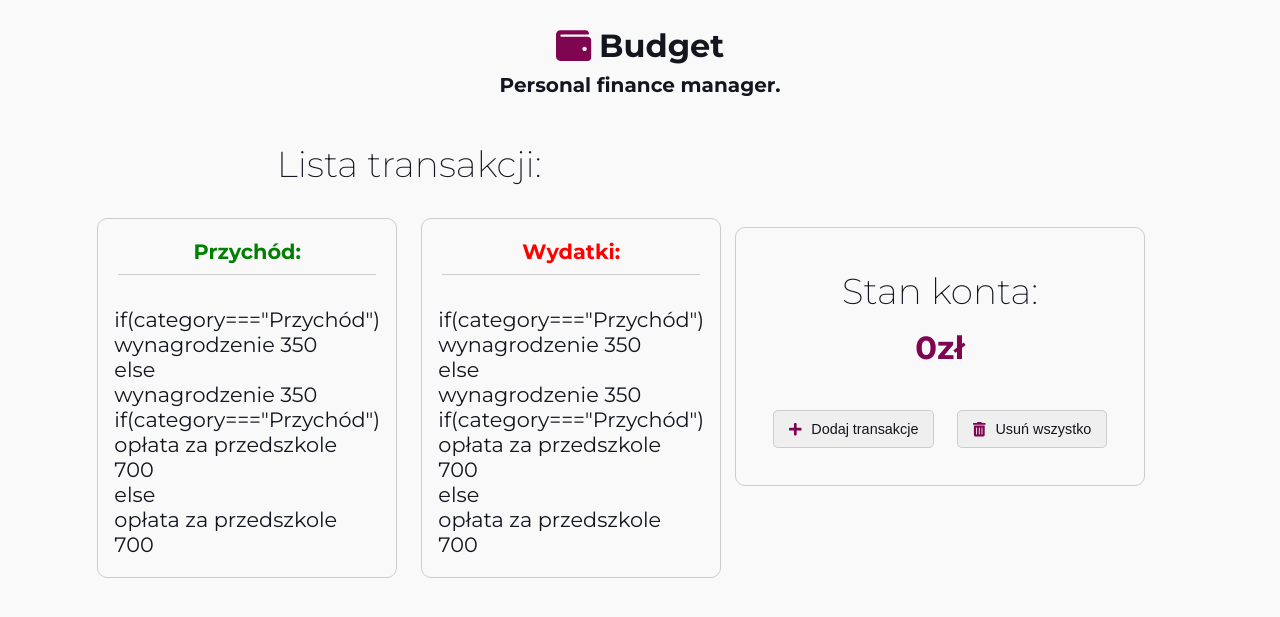
Repository: KrzysKolo/sr_tydzien4_zad4
Page: /
An editor plug-in stored every save of this project. The page is shown before and after the next save, followed by the edit.
The browser window is 1280 px wide. The pictures show the whole page.
Some web libraries are served in a nearby version. The project was rebuilt for these pictures with package versions that can differ from the ones it lists, and the page was loaded fresh each time. Also part of the build but not shown: src/components/budgetComponents/formComponents/Header.js, src/components/budgetComponents/formComponents/ErrorMessage.js, src/components/budgetComponents/formComponents/Input.js, src/components/budgetComponents/formComponents/Select.js.

Above is the page before, as saved 2020-12-03 23:05:13.

### public/index.html
<!DOCTYPE html>
<html lang="en">
  <head>
    <meta charset="utf-8" />
    <link rel="icon" href="%PUBLIC_URL%/favicon.ico" />
    <meta name="viewport" content="width=device-width, initial-scale=1" />
    <meta name="theme-color" content="#000000" />
    <meta
      name="description"
      content="Web site created using create-react-app"
    />
    <link rel="apple-touch-icon" href="%PUBLIC_URL%/logo192.png" />
    <!--
      manifest.json provides metadata used when your web app is installed on a
      user's mobile device or desktop. See https://developers.google.com/web/fundamentals/web-app-manifest/
    -->
    <link rel="manifest" href="%PUBLIC_URL%/manifest.json" />
    <!--
      Notice the use of %PUBLIC_URL% in the tags above.
      It will be replaced with the URL of the `public` folder during the build.
      Only files inside the `public` folder can be referenced from the HTML.

      Unlike "/favicon.ico" or "favicon.ico", "%PUBLIC_URL%/favicon.ico" will
      work correctly both with client-side routing and a non-root public URL.
      Learn how to configure a non-root public URL by running `npm run build`.
    -->
    <link
      href="https://fonts.googleapis.com/css?family=Montserrat:200,400,700&display=swap&subset=latin-ext"
      rel="stylesheet"
    />
    <script
      src="https://kit.fontawesome.com/327a0d490c.js"
      crossorigin="anonymous"
    ></script>
    <title>Budget</title>
  </head>
  <body>
    <noscript>You need to enable JavaScript to run this app.</noscript>
    <div id="root"></div>
    <!--
      This HTML file is a template.
      If you open it directly in the browser, you will see an empty page.

      You can add webfonts, meta tags, or analytics to this file.
      The build step will place the bundled scripts into the <body> tag.

      To begin the development, run `npm start` or `yarn start`.
      To create a production bundle, use `npm run build` or `yarn build`.
    -->
  </body>
</html>

### src/App.js
import React from 'react';
import Budget from './components/Budget'

const App = () => {
  return (
    <>
      <Budget/>
    </>
  )
}

export default App;

### src/components/Budget.js
import React from 'react';
import Header from './budgetComponents/Header';
import Section from './budgetComponents/Section';
import SectionInfo from './budgetComponents/SectionInfo';
import H2 from './budgetComponents/sectionComponents/H2';
import styled, { createGlobalStyle } from 'styled-components';

const GlobalStyle = createGlobalStyle`
    * {
        padding: 0;
        margin: 0;
        box-sizing: border-box;
    }
    body {
        background-color: #f9f9f9;
        color: #14161f;
        font-family: "Montserrat", sans-serif;
        font-size: 16px;
        min-height: 100vh;
    }
    `;
const Container = styled.main`
    font-size: 1.5rem;
`;
const SectionContainer = styled.section`
    display: flex;
    flex-direction: row;
    justify-content: center;
    align-items: center;
`;
const SectionBudget = styled.section`
    display: flex;
    flex-direction: column;
    justify-content: center;
    align-items: center;
`;
const DivItems = styled.div`
    display: flex;
    flex-direction: row;
    justify-content: center;
    align-items: center;

`;
const Budget = () => {
    return (
        <>
            <GlobalStyle />
            <Container>
                <Header />
                <SectionContainer>
                    <SectionBudget>
                        <H2 title="Lista transakcji" />
                        <DivItems>
                            <Section title="Przychód" label="p"/>
                            <Section title="Wydatki" />
                        </DivItems>
                    </SectionBudget>
                    <SectionInfo title="Stan konta"/>
                </SectionContainer>
            </Container>

        </>
    )
}

export default Budget;

### src/components/budgetComponents/Header.js
import React from 'react';
import styled from 'styled-components';
import { FontAwesomeIcon } from '@fortawesome/react-fontawesome';
import { faWallet } from '@fortawesome/free-solid-svg-icons';

const SectionHeader = styled.header`
    align-items: center;
    color: rgb(127, 5, 80);
    display: flex;
    font-size: 2.2rem;
    flex-direction: column;
    justify-content: center;
    padding: 2%;
`;
const DivHeader = styled.div`
    align-items: center;
    display: flex;
    flex-direction: row;
    justify-content: center;
    margin-bottom: 0.5rem;
`;
const H1Header = styled.h1`
    color: #14161f;
    font-size: 2rem;
    margin-left: .5rem;
`;
const H2Header = styled.h2`
    color: #14161f;
    font-size: 1.25rem;
`;
const Header = () => {
    return (
        <SectionHeader>
            <DivHeader>
                <FontAwesomeIcon icon={faWallet}/>
                <H1Header>Budget</H1Header>
            </DivHeader>
            <H2Header>Personal finance manager.</H2Header>
        </SectionHeader>
    )
}

export default Header;

### src/components/budgetComponents/Section.js
import React from 'react';
import { H1 }from './sectionComponents/index';
import Transactions from './../data/Transactions';
import styled from 'styled-components';

const SectionWrapper = styled.section`
    border: 1px solid #ccc;
    border-radius: 10px;
    display: flex;
    flex-direction: column;
    font-size: 1.3rem;
    justify-content: center;
    align-items: center;
    margin: 2%;
    padding: 20px;
    width: 300px;
`;
const Section = ({ title, label }) => {
   return (
        <SectionWrapper>
           <H1 title={title} label={label} />
          {Transactions.map(item => {return(<div key={item.id} category={item.category}>
              if(category==="Przychód") {<p>{item.name} {item.amount}</p>}
              else {<p>{item.name} {item.amount}</p>}
              </div>)
              })}
        </SectionWrapper>
    )
}

export default Section;

### src/components/budgetComponents/SectionInfo.js
import React, { useState } from 'react';
import { H2, P } from './sectionComponents/index';
import Form from './Form';
import Button from './../budgetComponents/buttons/Button';
import styled from 'styled-components';
import { faPlus,  faTrashAlt } from '@fortawesome/free-solid-svg-icons';
const SectionWrapper = styled.section`
    border: 1px solid #ccc;
    border-radius: 10px;
    display: flex;
    flex-direction: column;
    margin: 2vw;
    padding: 2%;
`;
const ButtonWrapper = styled.div`
    display: flex;
    flex-direction: row;
`;

const SectionInfo = ({ title }) => {
    const [showForm, setShowForm] = useState(false);
    const openForm = () =>{
        setShowForm(prev => !prev);
  };
    return (
        <>
        <SectionWrapper>
           <H2 title={title}> </H2>
           <P />
           <ButtonWrapper>
                <Button onClick={openForm} title="Dodaj transakcje" icons={faPlus} />
                <Button title="Usuń wszystko" icons={faTrashAlt} type="submit"/>
           </ButtonWrapper>

        </SectionWrapper>
        <Form showForm={showForm} setShowForm={setShowForm} />
        </>
    )
}

export default SectionInfo;

### src/components/budgetComponents/sectionComponents/H2.js
import React from 'react'
import styled from 'styled-components';

const TitleH2 = styled.h2`
    font-weight: 200;
    margin: 2% auto;
    padding: 0.5rem;
`;

const H2 = ({title}) => {
    return (
        <TitleH2>
            {title}:
        </TitleH2>
    )
}

export default H2;

### src/components/budgetComponents/sectionComponents/index.js
export { default as H1 } from './H1';
export { default as H2 } from './H2';
export { default as P } from './P';

### src/components/data/Transactions.js
const SelectOptions=[
    { id: 0, category: "Przychód", name: "wynagrodzenie", amount: "350"},
    { id: 1, category: "Rachunki", name: "opłata za przedszkole", amount: "700"},

];
export default SelectOptions;

### src/components/budgetComponents/Form.js
import React, { useState } from 'react';
import { Header, Input, Select } from './formComponents/';
import Button from './buttons/Button';
import styled from 'styled-components';
import SelectOptions from './../data/SelectOptions';
import { faBusinessTime, faSave, faWindowClose } from '@fortawesome/free-solid-svg-icons';
import { useFormik } from 'formik';
import * as yup from 'yup';

const FormWrapper = styled.form`
    background-color: #f9f9f9;
    border: 4px double rgb(127, 5, 80);
    border-radius: 10px;
    box-shadow: 3px 3px 5px rgba(127, 5, 80, 0.5);
    color: rgb(127, 5, 80);
    position: fixed;
    display: flex;
    flex-direction: column;
    justify-content: center;
    align-items: center;
    padding: 10px;
    width: 20vw;
    min-width: 300px;
`;
const ButtonWrapper = styled.div`
    display: flex;
    flex-direction: row;
    justify-content: center;
    border-top: 1px solid rgba(127, 5, 80, 0.3);
    padding-top: 10px;
    margin-top: 1.4rem;
`;

const FormData = ({ showForm, setShowForm }) => {
    const initialValues  = {
        name: '',
        amount: '',
        category: -1,
    };
    const validationSchema = yup.object({
        name: yup.string().required("Required").min(3, "Musi być min 3 znaki").max(50,"Moze być max 50 znaków"),
        amount: yup.number().required("Required").min(1, "Musi być conajmniej 1 cyfra"),
        category: yup.number().required("Musi być wybrane").min(0, ).max(5),
    })
    const onSubmit = ( values, {resetForm} ) => {
        console.log('Form data', values);
        setShowMessage(true);
        resetForm();
    };
    const closeForm = () => {
        setShowForm(false);
    };
    const [ showMessage, setShowMessage ] = useState(false);
    const formik = useFormik({
        initialValues,
        validationSchema,
        onSubmit,
    });
    return (
        <>
        { showForm &&
        <FormWrapper onSubmit={formik.handleSubmit}>
            <Header icons={faBusinessTime} title={"Dodaj transakcje!"} />
            <Input type="text" label="Nazwa transakcji" name="name" placeholder="nazwa transakcji..." onChange={formik.handleChange} value={formik.values.name} onBlur={formik.handleBlur} error={formik.errors.name} message={formik.errors.name} touched={formik.touched.name} />
            <Input type="text" label="Kwota transakcji" name="amount" placeholder="kwota..." onChange={formik.handleChange} value={formik.values.amount} onBlur={formik.handleBlur} error={formik.errors.amount} message={formik.errors.amount} touched={formik.touched.amount}/>
            <Select options={SelectOptions} label="Wybierz kategorię transakcji" name="category" onChange={formik.handleChange} value={formik.values.category} onBlur={formik.handleBlur} error={formik.errors.category} message={formik.errors.category} touched={formik.touched.category}/>
            <ButtonWrapper>
                <Button type="save" title="Zapisz" icons={faSave}/>
                <Button title="Anuluj" icons={faWindowClose} type="cancel" onClick={closeForm} />
            </ButtonWrapper>
        </FormWrapper>
        }
        </>
    )
}

export default FormData;

### src/components/budgetComponents/buttons/Button.js
import React from 'react';
import styled from 'styled-components';
import { FontAwesomeIcon } from '@fortawesome/react-fontawesome';

const ButtonDiv = styled.button`
    border: 1px solid #ccc;
    border-radius: 5px;
    margin: 0.7rem;
    padding: 10px 15px;
    display: flex;
    flex-direction: row;
    align-items: center;
    color: rgb(127, 5, 80);
    font-size: 0.9rem;
    cursor: pointer;
    transition: 0.3s ease-in-out;
    &:hover {
        border: 1px solid rgba(127, 5, 80, 0.4);
        background-color:  #f9f9f9;
        color: rgba(127, 5, 80, 0.5);
    }
`;
const ButtonTitleDiv = styled.div`
    margin-left: 10px;
    color: #14161f;
`;
const Button = ({ title, icons, onClick }) => {
    return (
        <ButtonDiv onClick={onClick}>
            <FontAwesomeIcon icon={icons} />
            <ButtonTitleDiv>{title}</ButtonTitleDiv>
        </ButtonDiv>
    )
}

export default Button;

### src/components/budgetComponents/sectionComponents/H1.js
import React from 'react'
import styled from 'styled-components';

const TitleH1Styles = (label) => `
border-bottom: 1px solid #ccc;
color: ${label ? 'green' : 'red'};
margin-bottom: 2rem;
padding-bottom: 10px;
display: block;
width: 100%;
text-align: center;
`;
const TitleH1 = styled.h1`
      ${props => TitleH1Styles(props.label)}
`;

const H1 = (props) => {
    const { title, label } = props;
    return (
        <TitleH1 label={label}>
            {title}:
        </TitleH1>
    )
}

export default H1;

### src/components/budgetComponents/sectionComponents/P.js
import React from 'react';
import styled from 'styled-components';

const InfoP = styled.p`
    color: rgb(127, 5, 80);
    font-size: 2rem;
    font-weight: bold;
    width: 100%auto;
    text-align: center;
    padding-bottom: 2rem;
`;

const P = () => {
    return (
        <InfoP>
            0zł
        </InfoP>
    )
}

export default P;

### src/components/budgetComponents/formComponents/index.js
export { default as Header } from './Header';
export { default as Input } from './Input';
export { default as ErrorMessage } from './ErrorMessage';
export { default as Select } from './Select';

### src/components/data/SelectOptions.js
const SelectOptions=[
    { id: -1, value: "-1", label:"", title: 'Select...' },
    { id: 0, value: "0", label:"[+]", title: 'Przychód' },
    { id: 1, value: "1", label:"[-]", title: 'Rachunki' },
    { id: 2, value: "2", label:"[-]", title: 'Sport' },
    { id: 3, value: "3", label:"[-]", title: 'Wyżywienie' },
    { id: 4, value: "4", label:"[-]", title: 'Kultura' },
    { id: 5, value: "5", label:"[-]", title: 'Wypoczynek' },
];
export default SelectOptions;

Loaded but not shown: src/index.js (common file); src/index.css (common file)

After the next save:
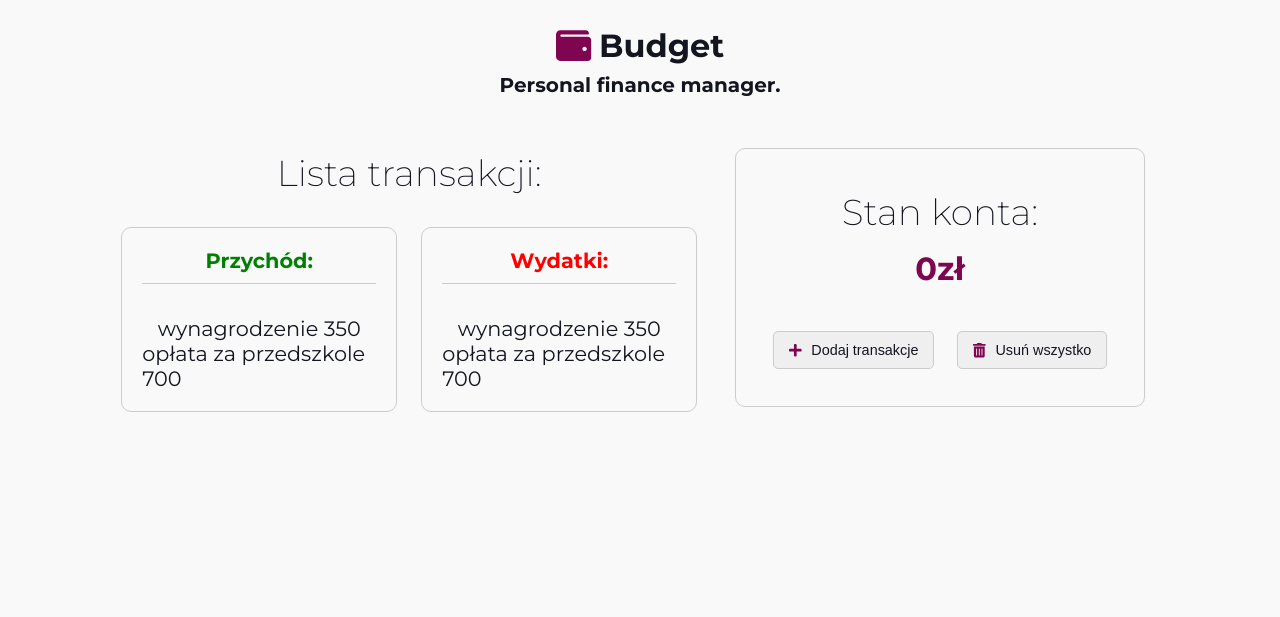
Saved 4 min 57 s later.
--- a/src/components/budgetComponents/Section.js
+++ b/src/components/budgetComponents/Section.js
@@ -19,11 +19,7 @@ const Section = ({ title, label }) => {
    return (
         <SectionWrapper>
            <H1 title={title} label={label} />
-          {Transactions.map(item => {return(<div key={item.id} category={item.category}>
-              if(category==="Przychód") {<p>{item.name} {item.amount}</p>}
-              else {<p>{item.name} {item.amount}</p>}
-              </div>)
-              })}
+            {Transactions.map(item => <div key={item.id}> {item.name} {item.amount}</div>)}
         </SectionWrapper>
     )
 }
